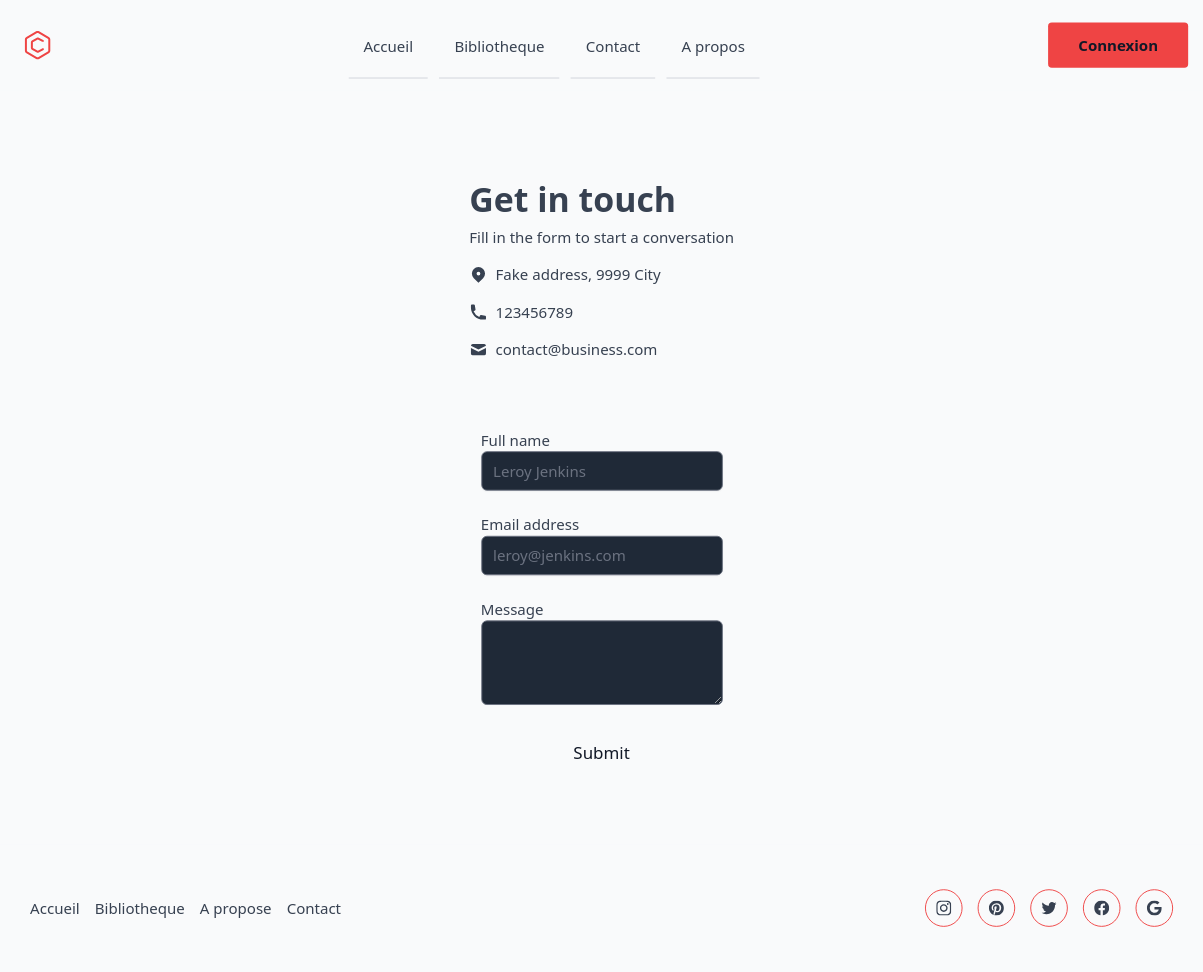
Repository: erulabs243/museum
Page: /contact
An editor plug-in stored every save of this project. The page is shown before and after the next save, followed by the edit.
The browser window is 1280 px wide. The pictures show the whole page, at 94% of full size.
The project was rebuilt for these pictures with package versions that can differ from the ones it lists, and the page was loaded fresh each time. Also part of the build but not shown: vite.config.js, src/pages/admin/Home.jsx, src/pages/commons/NotFound.jsx, src/components/atoms/TagBadge.jsx, src/components/atoms/MyAudioPlayer.jsx, src/components/atoms/MyVideoPlayer.jsx, src/components/atoms/MediaCard.jsx, src/components/sections/Testimonial.jsx and 16 more.

Above is the page before, as saved 2022-08-10 13:12:00.

After the next save:
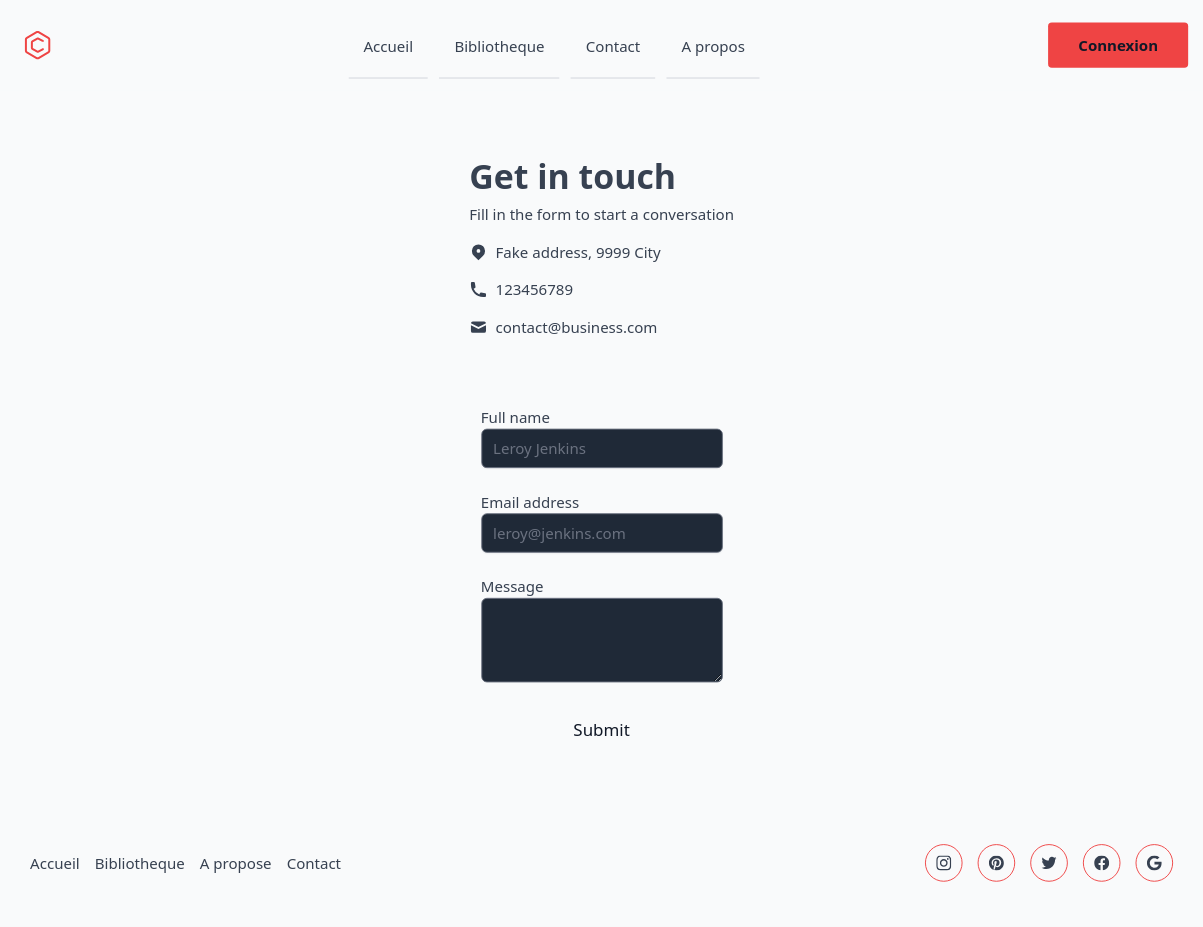
Saved 4 s later.
--- a/src/pages/user/Contact.jsx
+++ b/src/pages/user/Contact.jsx
@@ -6,7 +6,7 @@ const Contact = () => {
     return (
         <main>
             <Navbar />
-            <section className="py-12 bg-gray-50 text-gray-700 h-5/6">
+            <section className="py-6 bg-gray-50 text-gray-700 h-5/6">
                 <div className="flex flex-col items-center px-6 mx-auto lg:px-8">
                     <div className="p-12 w-2/3 bg-red-300">
                         <h1 className="text-4xl font-bold">Get in touch</h1>
